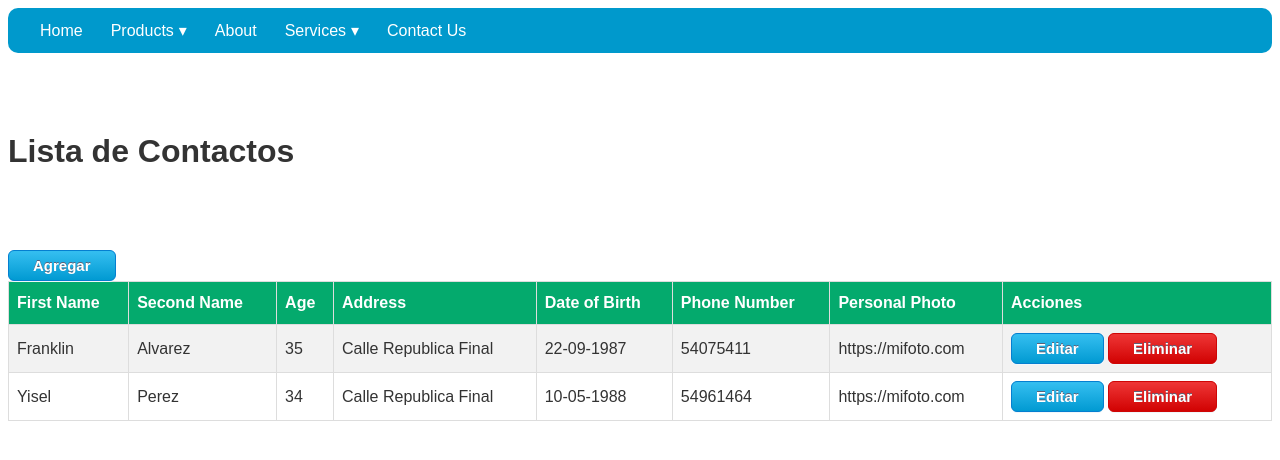
Repository: fgala1619/frontSistGestionBank
Page: index.html
An editor plug-in stored every save of this project. The page is shown before and after the next save, followed by the edit.
The browser window is 1280 px wide. The pictures show the whole page.

Above is the page before, as saved 2023-07-26 13:09:19.

After the next save:
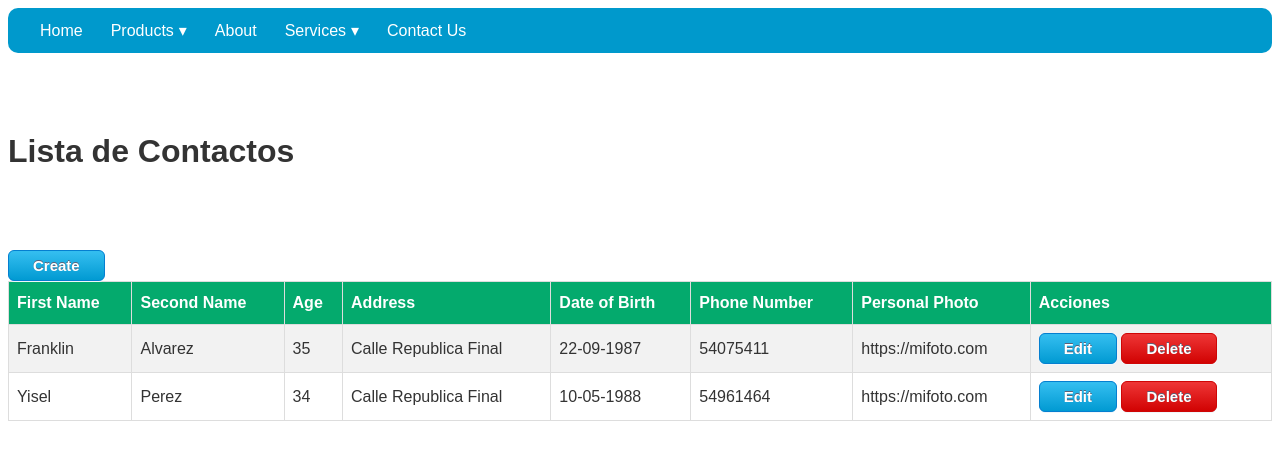
Saved 32 s later.
--- a/index.html
+++ b/index.html
@@ -30,7 +30,7 @@
 
 <h1>Lista de Contactos</h1>
 
-<a href="#" class="myButton">Agregar</a>
+<a href="#" class="myButton">Create</a>
 
 <table id="customers">
     <tr>
@@ -53,8 +53,8 @@
         <td>54075411</td>
         <td>https://mifoto.com</td>
         <td>
-            <a href="#" class="myButton">Editar</a>
-            <a href="#" class="btnDelete">Eliminar</a>
+            <a href="#" class="myButton">Edit</a>
+            <a href="#" class="btnDelete">Delete</a>
         </td>
     </tr>
 
@@ -67,8 +67,8 @@
         <td>54961464</td>
         <td>https://mifoto.com</td>
         <td>
-            <a href="#" class="myButton">Editar</a>
-            <a href="#" class="btnDelete">Eliminar</a>
+            <a href="#" class="myButton">Edit</a>
+            <a href="#" class="btnDelete">Delete</a>
         </td>
     </tr>
 </table>
